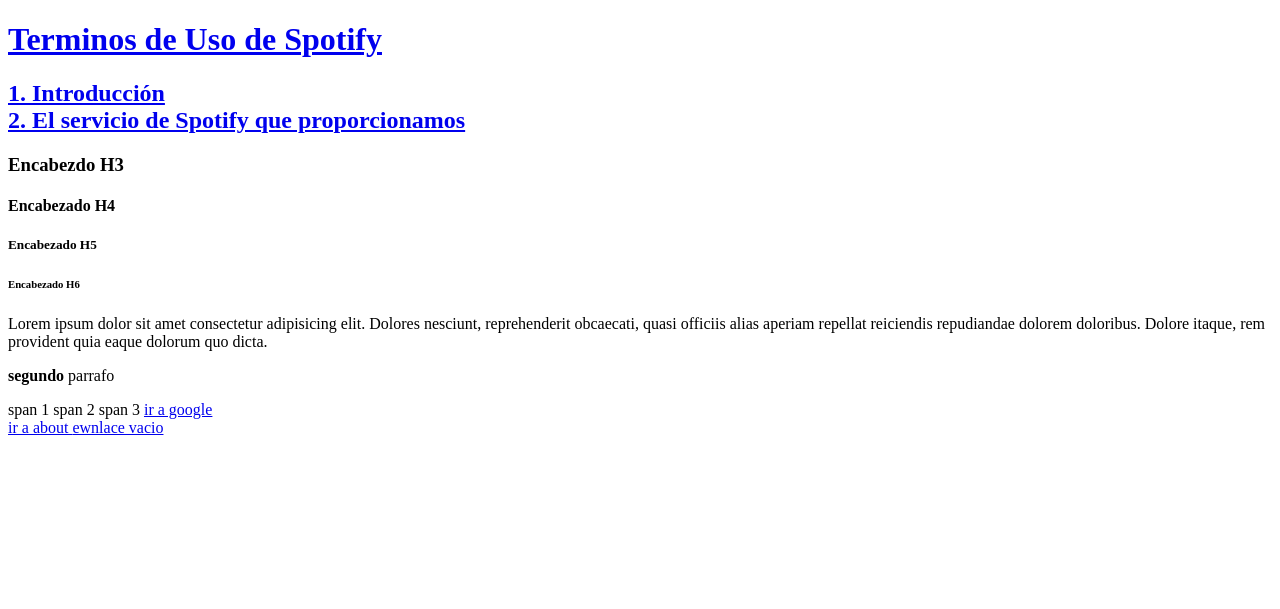
Repository: Devbenitez/Gen_30
Page: Gen_30/maquetado/index.html
These files come from the project's save history. The page is drawn as it stood at one moment and after the next save; the edit follows.
The browser window is 1280 px wide. The pictures show the whole page.

Above is the page before, as saved 2023-10-31 03:36:11.

After the next save:
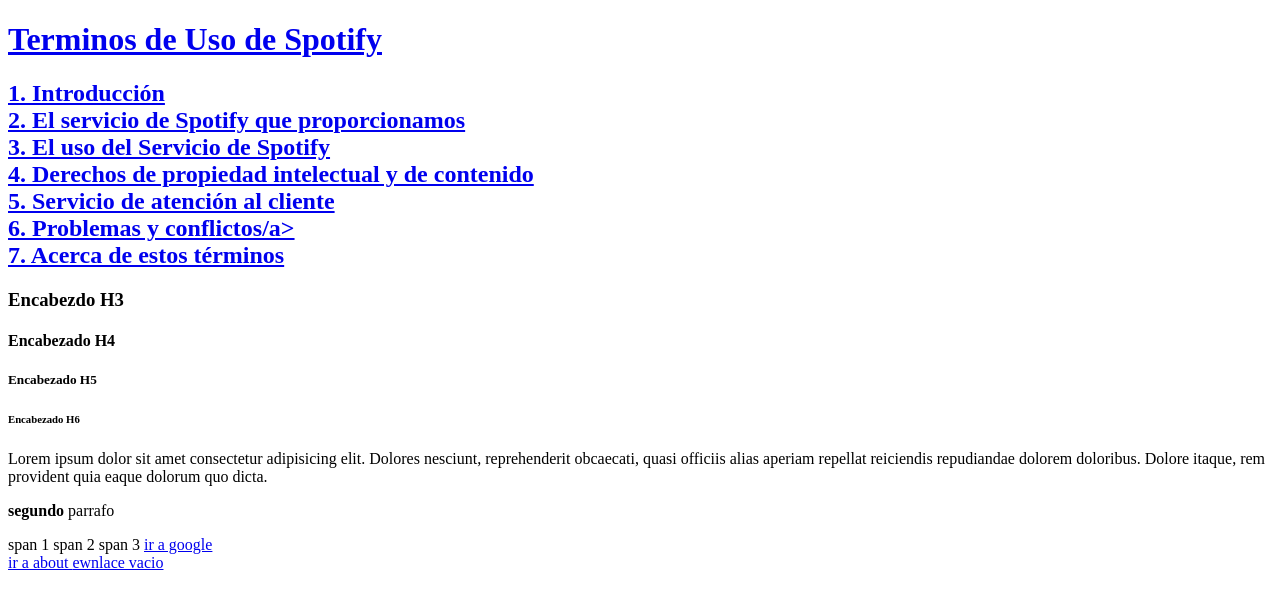
Saved 2 min 53 s later.
--- a/Gen_30/maquetado/index.html
+++ b/Gen_30/maquetado/index.html
@@ -23,6 +23,16 @@
         <a href="#">1. Introducción</a>
         <br />
         <a href="#">2. El servicio de Spotify que proporcionamos</a>
+        <br />
+        <a href="#">3. El uso del Servicio de Spotify</a>
+        <br />
+        <a href="#">4. Derechos de propiedad intelectual y de contenido</a>
+        <br />
+        <a href="#">5. Servicio de atención al cliente</a>
+        <br />
+        <a href="#">6. Problemas y conflictos/a>
+        <br />
+        <a href="#">7. Acerca de estos términos</a>
         <br />
       </h2>
       <h3>Encabezdo H3</h3>
